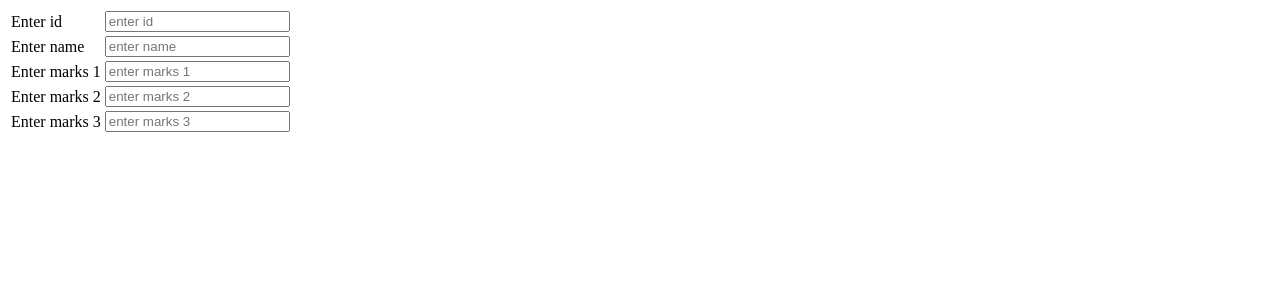
Repository: vima107/JDBC-CRUD-OPERATIONS
Page: add-result/src/main/webapp/index.html
The author's editor kept a copy of each file at every save. The page is drawn from the files as they stood at one save, then again after the next save.
The browser window is 1280 px wide. The pictures show the whole page.

Above is the page before, as saved 2024-10-10 09:47:22.

### add-result/src/main/webapp/index.html
<!DOCTYPE html>
<html>
<head>
<meta charset="UTF-8">
<title>Insert title here</title>
</head>
<body>
	<form action="">

	<table>

		<tr>
			<td>Enter id</td>
			<td><input type="text" name="id" placeholder="enter id"></td>
		</tr>

		<tr>
			<td>Enter name</td>
			<td><input type="text" name="name" placeholder="enter name"></td>
		</tr>

		<tr>
			<td>Enter marks 1</td>
			<td><input type="text" name="marks1" placeholder="enter marks 1"></td>
		</tr>

		<tr>
			<td>Enter marks 2</td>
			<td><input type="text" name="marks2" placeholder="enter marks 2"></td>
		</tr>

		<tr>
			<td>Enter marks 3</td>
			<td><input type="text" name="marks3" placeholder="enter marks 3"></td>
		</tr>


	</table>

	</form>
</body>
</html>

After the next save:
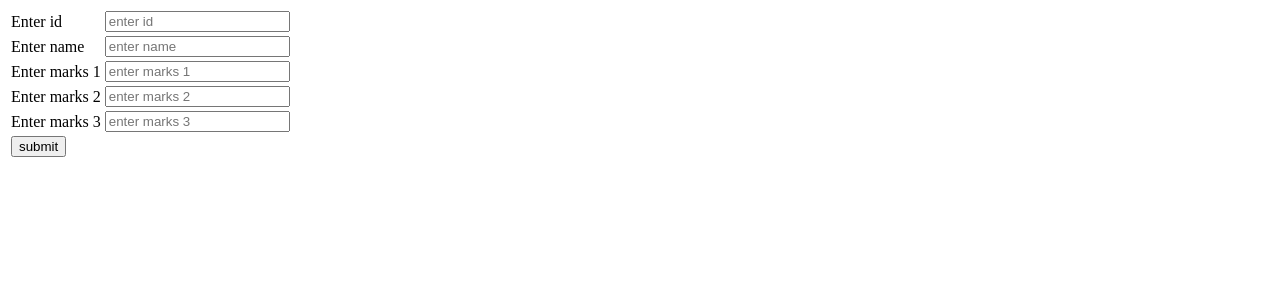
Saved 54 s later.
--- a/add-result/src/main/webapp/index.html
+++ b/add-result/src/main/webapp/index.html
@@ -34,6 +34,10 @@
 			<td><input type="text" name="marks3" placeholder="enter marks 3"></td>
 		</tr>
 
+		<tr>
+			<td><input type="submit" value="submit"></td>
+		</tr>
+
 
 	</table>
 
